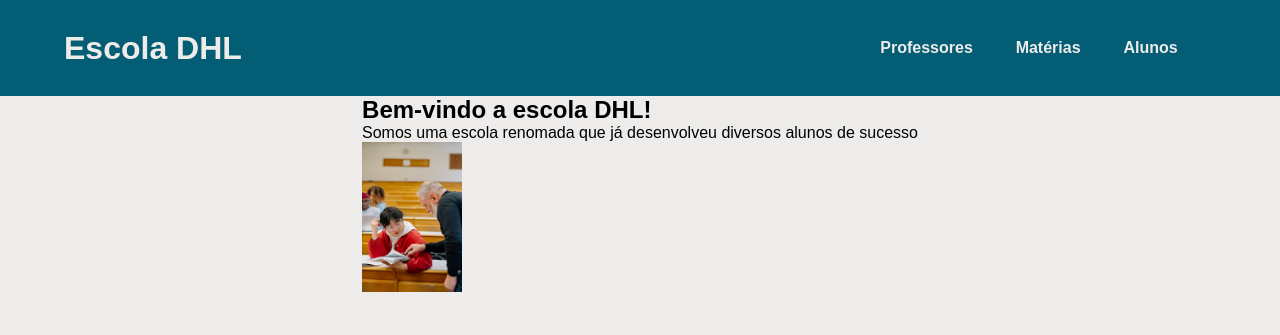
Repository: SirHick/sa-sistema-escola-DHL
Page: front/index.html
The author's editor kept a copy of each file at every save. The page is drawn from the files as they stood at one save, then again after a run of saves.
The browser window is 1280 px wide. The pictures show the whole page.

Above is the page before, as saved 2026-07-17 15:35:26.

### front/index.html
<!DOCTYPE html>
<html lang="pt-br">
<head>
    <meta charset="UTF-8">
    <meta name="viewport" content="width=device-width, initial-scale=1.0">
    <title>Escola SA</title>
    <link rel="stylesheet" href="style.css">
</head>
<body>
    <header>

        <h1>Escola DHL</h1>

        <nav>
            <a href="">Professores</a>
            <a href="">Matérias</a>
            <a href="">Alunos</a>
        </nav>
    </header>

    <main class = "hero-section">
        <section class = "main-text-hero-section">
            <h2>Bem-vindo a escola DHL!</h2>

            <p>Somos uma escola renomada que já
                desenvolveu diversos alunos de sucesso</p>
        </section>

        <img src="images/student-and-teacher.jpg" alt="A student receiving help from his teacher">
    </main>


    <script src="script.js"></script>
</body>
</html>

### front/style.css
*{
    margin: 0;
    padding: 0;
    box-sizing: border-box;
    object-fit: cover;
    font-family: 'Nunito', sans-serif;
}

img{
    width: 100px;
}

body{
    background: #EDECEA;
    align-content: center;
}

header{
    background: #035D74;
    width: 100vw;
    height: 6rem;
    max-height: 8rem;
    display: grid;
    grid-template-columns: 1fr 1fr;
    align-items: center;
    padding-left: 5vw;
    padding-right: 5vw;
}

header h1{
    color: #EDECEA;
}

header nav{
    justify-self: end;

}

header nav a{
    text-decoration: none;
    color: #EDECEA;
    font-weight: 700;
    margin-right: 3vw;
}

.hero-section{
    justify-self: center;
    position: relative;
    top: 50%;
}

Loaded but not shown: front/script.js (no stored copy; drawn as an empty file)

After the next 2 saves:
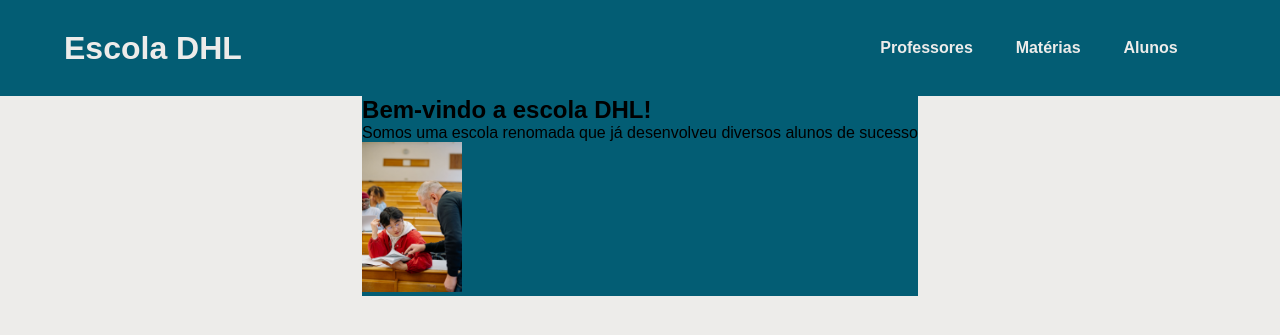
The 2 saves are shown as one change because they came seconds apart.
The last was saved 2 min 4 s later.
--- a/front/style.css
+++ b/front/style.css
@@ -47,4 +47,5 @@ header nav a{
     justify-self: center;
     position: relative;
     top: 50%;
+    background-color: #035D74;
 }
